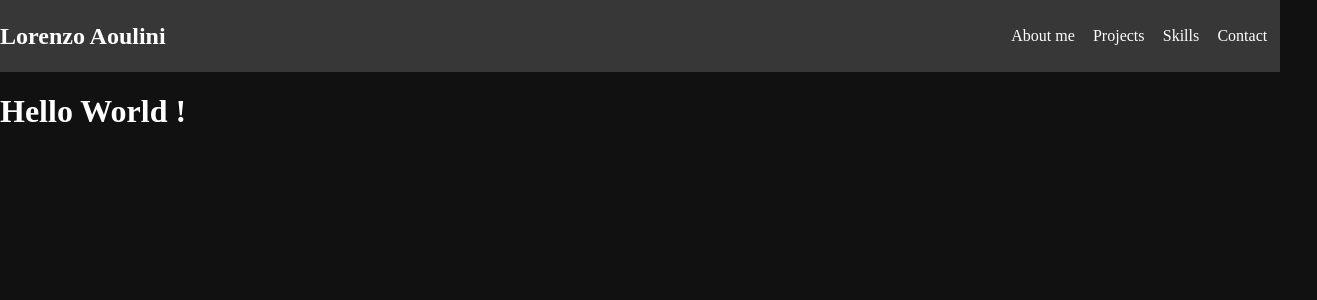
Repository: lolo298/lolo298.github.io
Page: index.html
The author's editor kept a copy of each file at every save. The page is drawn from the files as they stood at one save, then again after the next save.
The browser window is 1280 px wide. The page is 1280 px wide, then 1317 px, so the pictures cover 1317 px, including what lies to the right of the window. The pictures show the whole page.

Above is the page before, as saved 2022-05-09 17:00:54.

### index.html
<!DOCTYPE html>
<html lang="en">

<head>
    <meta charset="UTF-8">
    <meta http-equiv="X-UA-Compatible" content="IE=edge">
    <meta name="viewport" content="width=device-width, initial-scale=1.0">
    <link rel="stylesheet" href="css/style.css">
    <title>Portfolio</title>
</head>

<body>
    <div class="main-container">
        <nav class="main-navbar">
            <h1>Lorenzo Aoulini</h1>
            <ul class="main-navbar-list">
                <li class="main-navbar-item">
                    <a href="#">About me</a>
                </li>
                <li class="main-navbar-item">
                    <a href="#">Projects</a>
                </li>
                <li class="main-navbar-item">
                    <a href="#">Skills</a>
                </li>
                <li class="main-navbar-item">
                    <a href="#">Contact</a>
                </li>
        </nav>
        <h1>Hello World !</h1>

    </div>

</body>

</html>

### css/style.css
html {
    background-color: #111111;
}

body {
    padding: 0;
    margin: 0;
}

.main-container {
    color: white;
    height: 100vh;
    width: 100vw;
}

.main-navbar {
    background-color: #373737;
    height: 10%;
    display: flex;
    justify-content: space-between;
    align-items: center;
}

.main-navbar>* {
    margin: 0;
}

.main-navbar-list {
    width: 20%;
    display: flex;
    flex-direction: row;
    align-items: center;
    list-style: none;
    justify-content: space-between;
    margin-right: 1%;
    height: 100%;
}

.main-navbar-item {
    height: 100%;
    display: flex;
    justify-content: center;
    align-items: center;
}

.main-navbar-item>a {
    vertical-align: middle;
    text-decoration: none;
    color: white;
}

.main-navbar-item>a:hover {
    background-color: #6A6A6A;
}

After the next save:
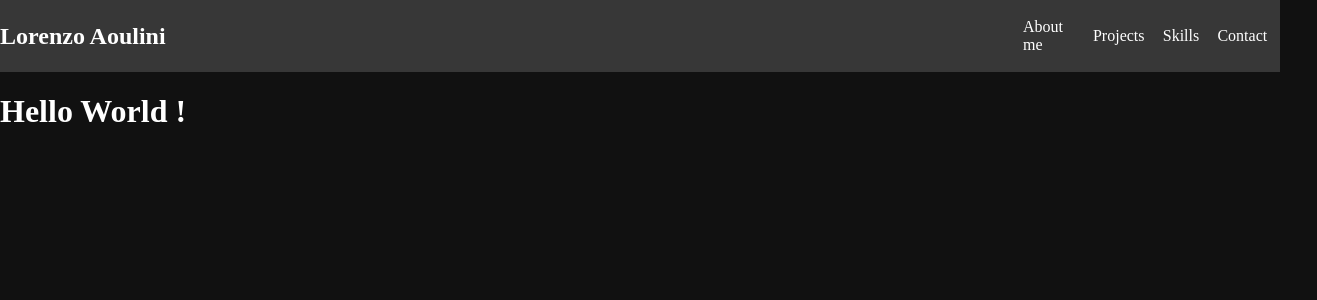
Saved 98 s later.
--- a/css/style.css
+++ b/css/style.css
@@ -47,6 +47,7 @@ body {
     vertical-align: middle;
     text-decoration: none;
     color: white;
+    padding: 100%;
 }
 
 .main-navbar-item>a:hover {
